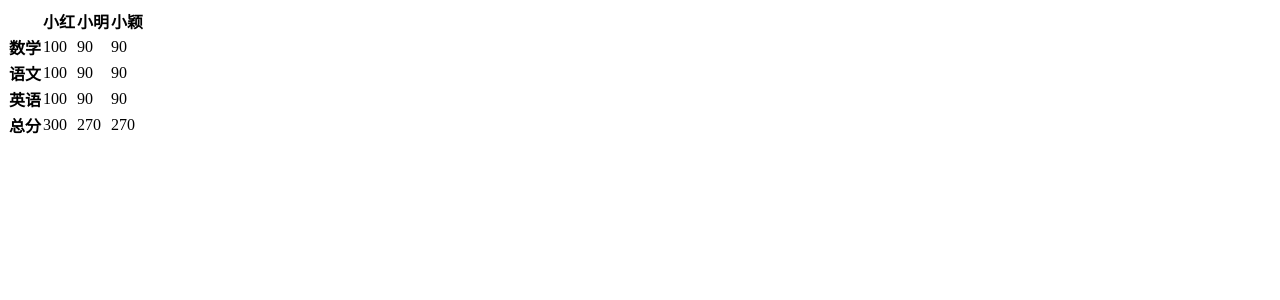
Repository: Lixianlai-2/html-demo-1
Page: table.html
An editor plug-in stored every save of this project. The page is shown before and after the next save, followed by the edit.
The browser window is 1280 px wide. The pictures show the whole page.

Above is the page before, as saved 2021-11-27 14:25:24.

After the next save:
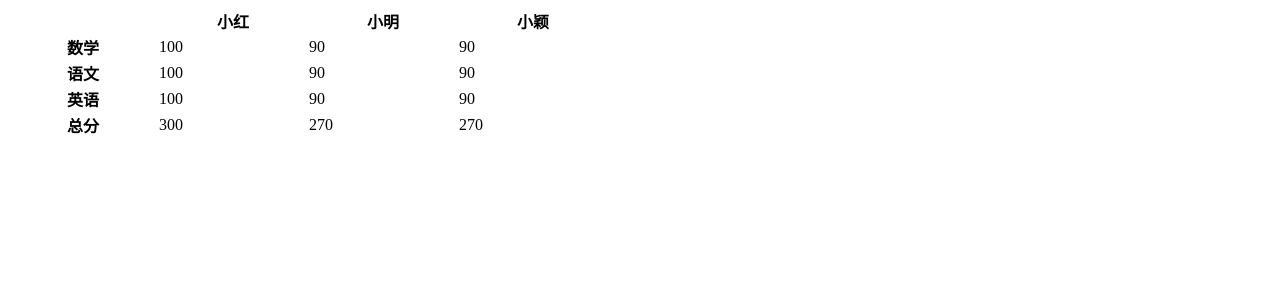
Saved 9 s later.
--- a/table.html
+++ b/table.html
@@ -7,6 +7,7 @@
     <title>Document</title>
     <style>
       table {
+        width: 600px;
         table-layout: auto;
         border-collapse: collapse;
         border-spacing: 0;
